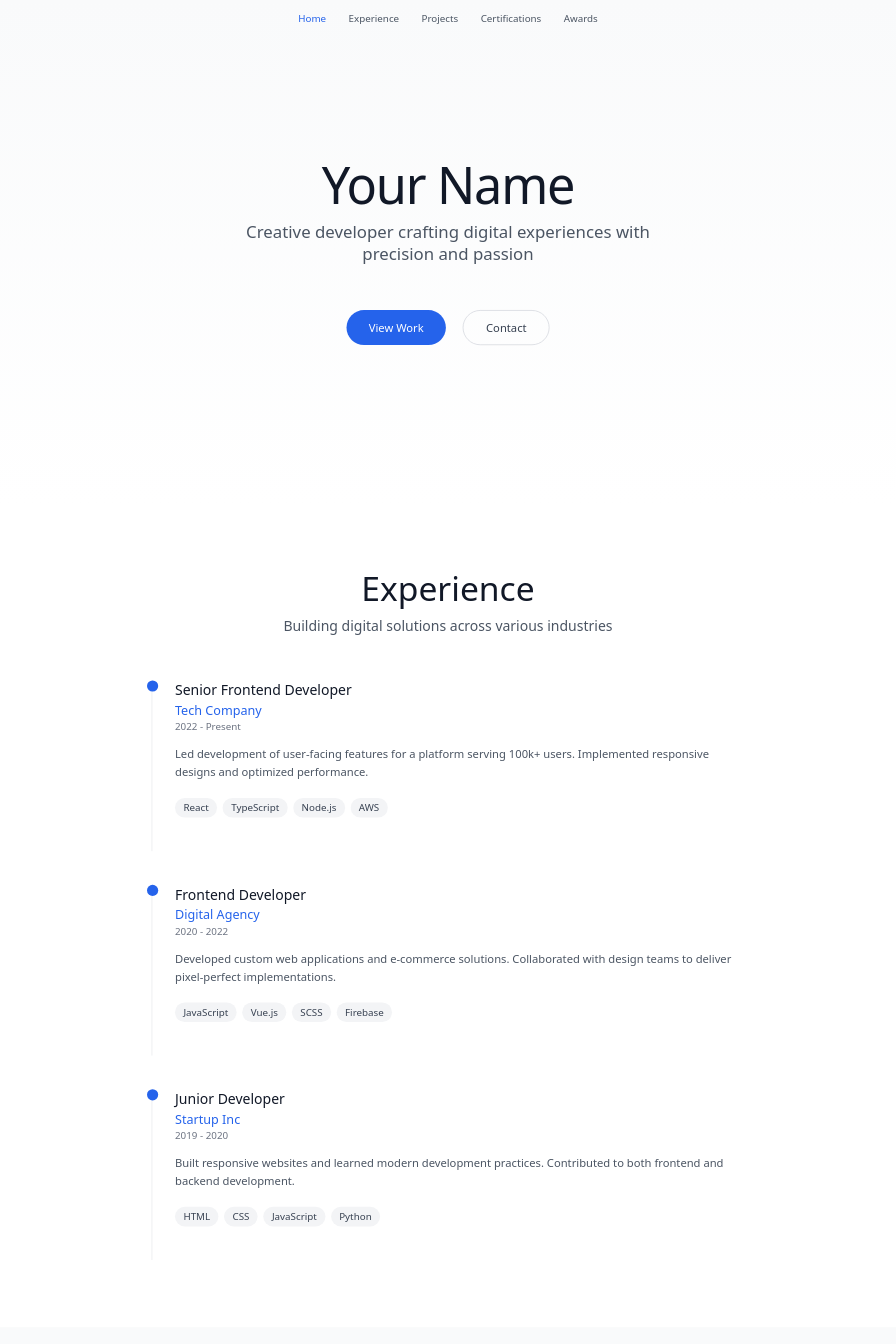
Repository: kennyhuynhhh/kenny_website
Page: /
These files come from the project's save history. The page is drawn as it stood at one moment and after the next save; the edit follows.
The browser window is 1280 px wide. The pictures show the part of the page from y = 0 to 1920 px (the page is 4321 px tall), at 70% of full size.
The project was rebuilt for these pictures with package versions that can differ from the ones it lists, and the page was loaded fresh each time. Also part of the build but not shown: vite.config.ts.

Above is the page before, as saved 2025-07-20 16:59:22.

After the next save:
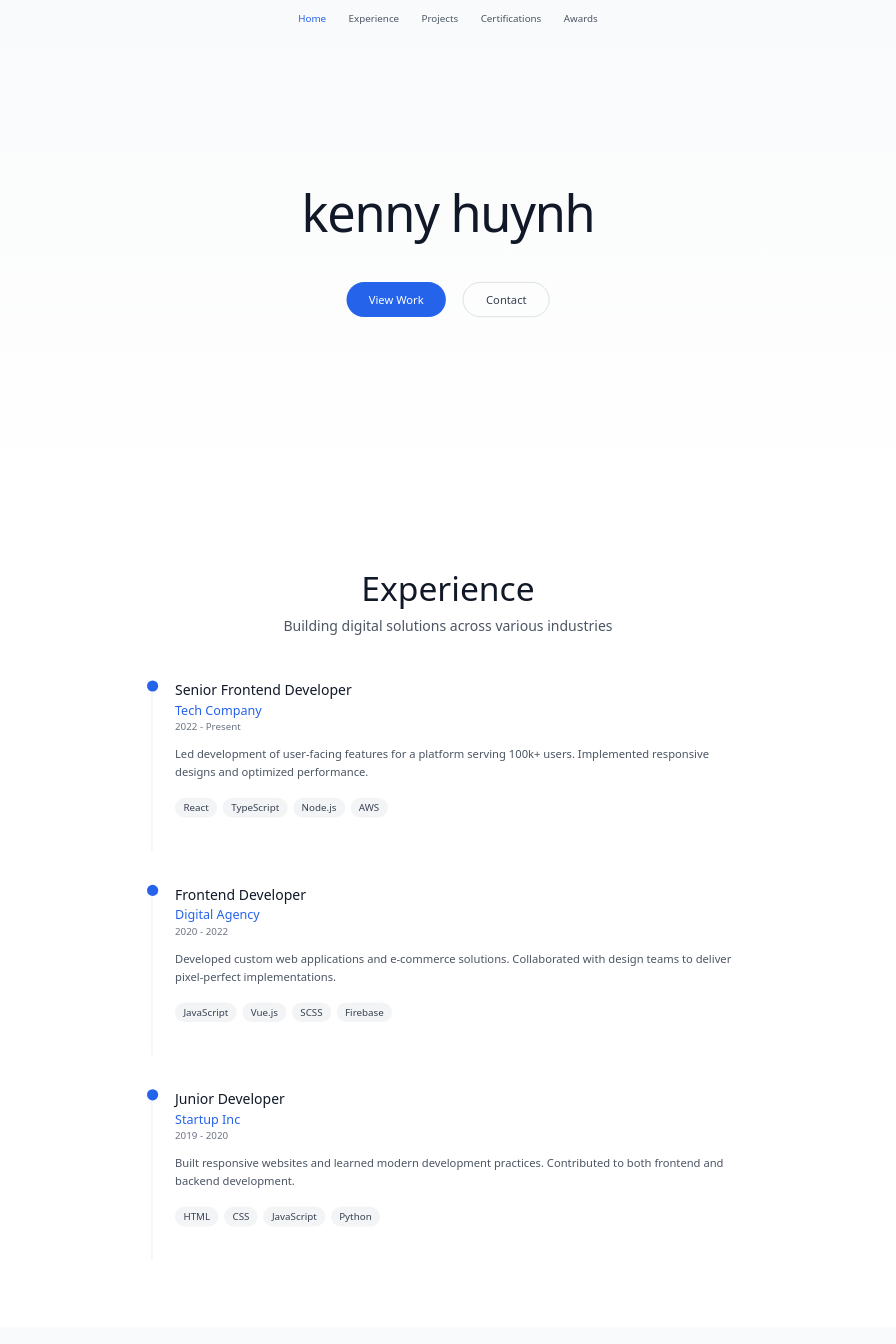
Saved 96 s later.
--- a/src/components/Hero.tsx
+++ b/src/components/Hero.tsx
@@ -7,10 +7,10 @@ const Hero = () => {
         <div className="space-y-8">
           <div className="space-y-4">
             <h1 className="text-5xl md:text-7xl font-light text-gray-900 tracking-tight">
-              Your Name
+              kenny huynh
             </h1>
             <p className="text-xl md:text-2xl text-gray-600 font-light max-w-2xl mx-auto">
-              Creative developer crafting digital experiences with precision and passion
+
             </p>
           </div>
 
